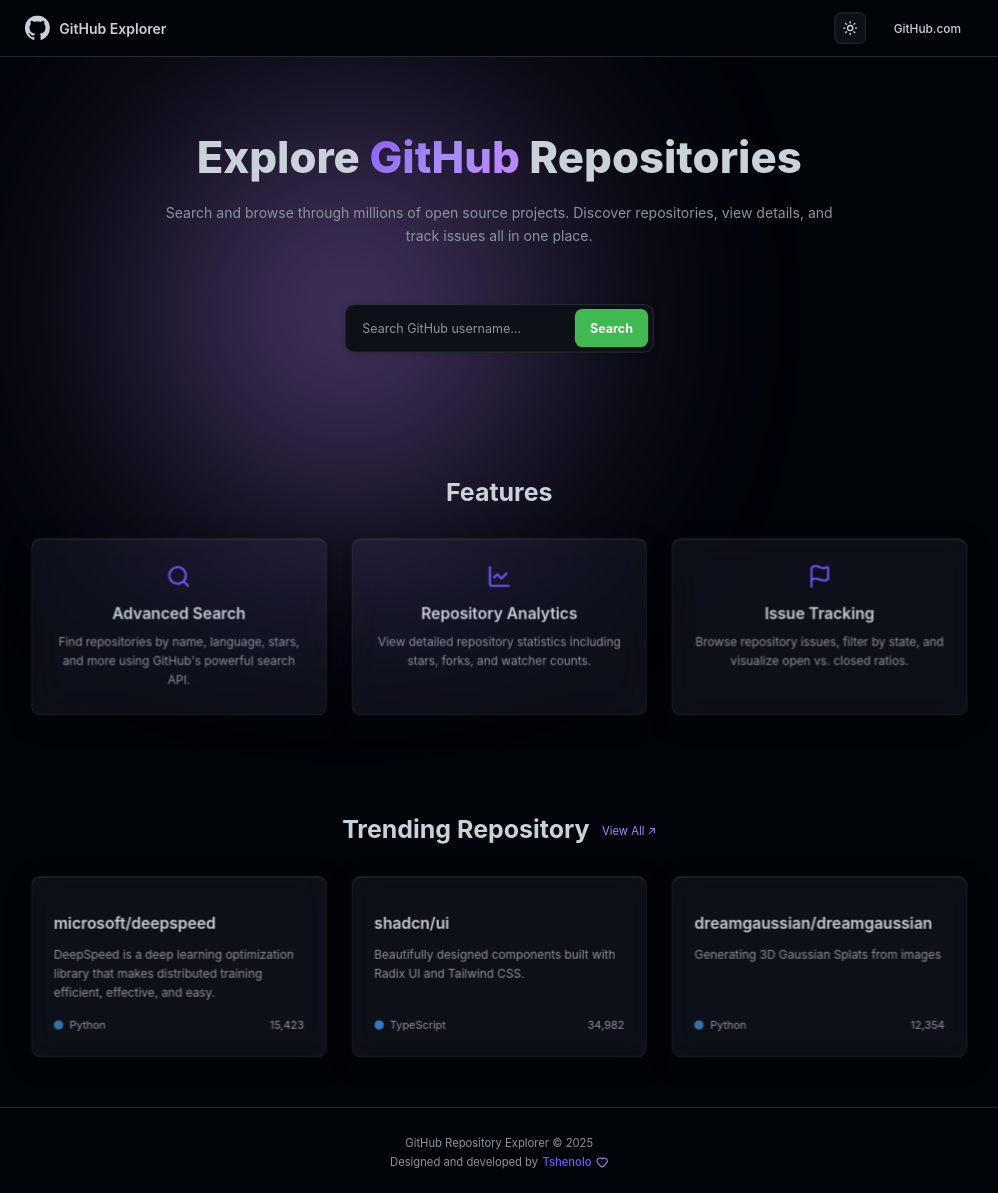
Repository: Tshenolo1994/username-repo
Page: /
An editor plug-in stored every save of this project. The page is shown before and after the next save, followed by the edit.
The browser window is 1280 px wide. The pictures show the whole page, at 78% of full size.
The project was rebuilt for these pictures with package versions that can differ from the ones it lists, and the page was loaded fresh each time. Also part of the build but not shown: vite.config.ts, src/views/RepoView.vue.

Above is the page before, as saved 2025-10-27 11:04:48.

### index.html
<!doctype html>
<html lang="en">
  <head>
    <meta charset="UTF-8" />
    <link rel="icon" type="image/svg+xml" href="/vite.svg" />
    <meta name="viewport" content="width=device-width, initial-scale=1.0" />
    <title>commit-explorer</title>
  </head>
  <body>
    <div id="app"></div>
    <script type="module" src="/src/main.ts"></script>
  </body>
</html>

### src/main.ts
import { createApp } from 'vue'
import { createPinia } from 'pinia'
import App from './App.vue'
import router from './router'
import './styles/theme.css'

createApp(App)
  .use(createPinia())
  .use(router)
  .mount('#app')

### src/App.vue
<!-- App.vue or Layout.vue -->
<script setup>
import Header from '@/components/Header.vue';
import Footer from '@/components/Footer.vue';
</script>

<template>
  <div id="app">
    <Header />
    <main>
      <router-view />
    </main>
    <Footer />
  </div>
</template>

### src/router/index.ts
import { createRouter, createWebHistory } from 'vue-router'
import HomeView from '@/views/HomeView.vue'
import RepoView from '@/views/RepoView.vue'

const router = createRouter({
  history: createWebHistory(),
  routes: [
    { path: '/', name: 'home', component: HomeView },
    { path: '/repos/:username', name: 'repos', component: RepoView, props: true },
  ],
  scrollBehavior: () => ({ top: 0 }),
})

export default router

### src/styles/theme.css
:root {

    --bg: #010409;
    --bg-elev: #0d1117;
    --border: #30363d;
    --text: #c9d1d9;
    --muted: #8b949e;
    --button-bg: #161b22;
    --button-accent: #3fb950;
    --link: #7656FE;
    --error-text: #ff7b72;
    --error-bg: rgba(248, 81, 73, 0.1);
    --empty-state-bg: rgba(13, 17, 23, 0.5);
  }

  html, body, #app {
    margin: 0;
    padding: 0;
    background: var(--bg);
    color: var(--text);
    font-family: 'Inter', system-ui, -apple-system, BlinkMacSystemFont, 'Segoe UI', sans-serif;
    transition: background 0.3s ease, color 0.3s ease;
  }

  * {
    box-sizing: border-box;
  }

  h1, h2, h3, h4, h5, h6 {
    line-height: 1.2;
    margin: 0;
  }

  p {
    margin: 0.25rem 0 0;
  }

  a {
    color: var(--link);
    text-decoration: none;
  }

  button {
    font-family: inherit;
    border: none;
    outline: none;
  }

  input, textarea, select {
    font-family: inherit;
  }

  .card {
    background: var(--bg-elev);
    border: 1px solid var(--border);
    border-radius: 0.75rem;
    padding: 1rem;
    box-shadow: 0 1px 2px rgba(0, 0, 0, 0.15);
  }

### src/components/Footer.vue
<script setup lang="ts">
import { Heart } from 'lucide-vue-next';

const currentYear = new Date().getFullYear();
</script>

<template>
  <footer class="footer">
    <div class="footer-content">
      <p class="footer-text">
        GitHub Repository Explorer © {{ currentYear }}
      </p>
      <p class="footer-credits">
        Designed and developed by <a href="#" class="footer-link">Tshenolo</a>
        <Heart :size="16" class="heart-icon" />
      </p>
    </div>
  </footer>
</template>

<style scoped>
.footer {
  background: var(--bg);
  border-top: 1px solid var(--border);
  padding: 2rem;
  margin-top: auto;
  transition: background 0.3s, border-color 0.3s;
}

.footer-content {
  max-width: 1400px;
  margin: 0 auto;
  text-align: center;
}

.footer-text {
  color: var(--muted);
  font-size: 0.9rem;
  margin-bottom: 0.5rem;
}

.footer-credits {
  color: var(--muted);
  font-size: 0.9rem;
  margin: 0;
  display: flex;
  align-items: center;
  justify-content: center;
  gap: 0.35rem;
}

.heart-icon {
  color: #a78bfa;
  fill: none;
}

.footer-link {
  color: var(--link);
  text-decoration: none;
  font-weight: 500;
  transition: opacity 0.2s;
}

.footer-link:hover {
  opacity: 0.8;
}

@media (max-width: 640px) {
  .footer {
    padding: 1.5rem 1rem;
  }

  .footer-text,
  .footer-credits {
    font-size: 0.85rem;
  }
}
</style>

### src/composables/useTheme.ts
import { ref, onMounted, watch } from 'vue';

export const darkTheme = {
  background: '#010409',
  surface: '#0d1117',
  border: '#30363d',
  text: '#c9d1d9',
  secondaryText: '#8b949e',
  buttonBg: '#161b22',
  buttonAccent: '#3fb950',
  linkColor: '#7656FE',
  errorText: '#ff7b72',
  errorBackground: 'rgba(248, 81, 73, 0.1)',
  emptyStateBackground: 'rgba(13, 17, 23, 0.5)',
};

export const lightTheme = {
  background: '#f6f6f6',
  surface: '#fbfefb',
  border: '#d0d7de',
  text: '#24292f',
  secondaryText: '#57606a',
  buttonBg: '#f6f8fa',
  buttonAccent: '#3fb950',
  linkColor: '#7656FE',
  errorText: '#cf222e',
  errorBackground: 'rgba(248, 81, 73, 0.05)',
  emptyStateBackground: 'rgba(246, 248, 250, 0.5)',
};

type Theme = typeof darkTheme;

const isDark = ref(true);

export function useTheme() {
  const theme = ref<Theme>(darkTheme);

  const applyTheme = (themeObj: Theme) => {
    const root = document.documentElement;
    root.style.setProperty('--bg', themeObj.background);
    root.style.setProperty('--bg-elev', themeObj.surface);
    root.style.setProperty('--border', themeObj.border);
    root.style.setProperty('--text', themeObj.text);
    root.style.setProperty('--muted', themeObj.secondaryText);
    root.style.setProperty('--button-bg', themeObj.buttonBg);
    root.style.setProperty('--button-accent', themeObj.buttonAccent);
    root.style.setProperty('--link', themeObj.linkColor);
    root.style.setProperty('--error-text', themeObj.errorText);
    root.style.setProperty('--error-bg', themeObj.errorBackground);
    root.style.setProperty('--empty-state-bg', themeObj.emptyStateBackground);
  };

  const toggleTheme = () => {
    isDark.value = !isDark.value;
    theme.value = isDark.value ? darkTheme : lightTheme;
    applyTheme(theme.value);
    localStorage.setItem('theme', isDark.value ? 'dark' : 'light');
  };

  const initTheme = () => {
    const savedTheme = localStorage.getItem('theme');
    if (savedTheme) {
      isDark.value = savedTheme == 'dark';
    } else {
      isDark.value = true;
    }
    theme.value = isDark.value ? darkTheme : lightTheme;
    applyTheme(theme.value);
  };

  onMounted(() => {
    initTheme();
  });

  return {
    isDark,
    theme,
    toggleTheme,
  };
}

### src/components/SearchBar.vue
<script setup lang="ts">
import { ref } from "vue"
import { useRouter } from "vue-router"

// router for navigation
const router = useRouter()

// input + error states
const username = ref("")
const validationError = ref("")

// validate and navigate
function searchUser() {
  validationError.value = ""

  const name = username.value.trim()
  const validPattern = /^[a-zA-Z0-9-]+$/

  if (!name) {
    validationError.value = "Please enter a username"
    return
  }

  if (!validPattern.test(name)) {
    validationError.value =
      "Username can only contain letters, numbers, and hyphens"
    return
  }

  // navigate to /repos/:username
  router.push({ name: "repos", params: { username: name } })

  // reset field (optional)
  username.value = ""
}
</script>

<template>
  <div class="search">
    <form @submit.prevent="searchUser" class="search__form">
      <input
        v-model="username"
        type="text"
        placeholder="Search GitHub username…"
        class="search__input"
        aria-label="GitHub username"
      />
      <button type="submit" class="search__btn">Search</button>
    </form>

    <p v-if="validationError" class="search__error">{{ validationError }}</p>
  </div>
</template>

<style scoped>
.search {
  width: 100%;
  display: flex;
  justify-content: center;
  padding: 0 1rem;
  margin: 2rem 0;
}

.search__form {
  display: flex;
  align-items: center;
  gap: 0.5rem;
  width: min(100%, 720px);
  background: var(--bg-elev);
  border: 1px solid var(--border);
  border-radius: 0.75rem;
  padding: 0.35rem;
  box-shadow: 0 2px 10px rgba(0, 0, 0, 0.18);
}

.search__input {
  flex: 1;
  background: transparent;
  border: none;
  color: var(--text);
  font-size: 1rem;
  padding: 0.9rem 1rem;
  border-radius: 0.6rem;
  outline: none;
}

.search__input::placeholder {
  color: var(--muted);
}

.search__input:focus {
  box-shadow: inset 0 0 0 1px var(--border);
}

.search__btn {
  background: var(--button-accent);
  color: #fff;
  padding: 0.9rem 1.25rem;
  font-weight: 700;
  border-radius: 0.6rem;
  font-size: 1rem;
  border: none;
  cursor: pointer;
  transition: filter 0.15s ease;
}

.search__btn:hover {
  filter: brightness(0.95);
}

.search__error {
  color: var(--error-text);
  background: var(--error-bg);
  padding: 0.55rem 0.8rem;
  border-radius: 0.6rem;
  font-size: 0.9rem;
  margin-top: 0.6rem;
  width: min(100%, 720px);
  text-align: center;
}

@media (max-width: 640px) {
  .search__form {
    flex-direction: column;
    align-items: stretch;
    padding: 0.5rem;
  }

  .search__btn {
    width: 100%;
    min-width: 0;
  }
}
</style>

Loaded but not shown: src/views/HomeView.vue (463 lines, source omitted); src/components/Header.vue (123 lines, source omitted)

After the next save:
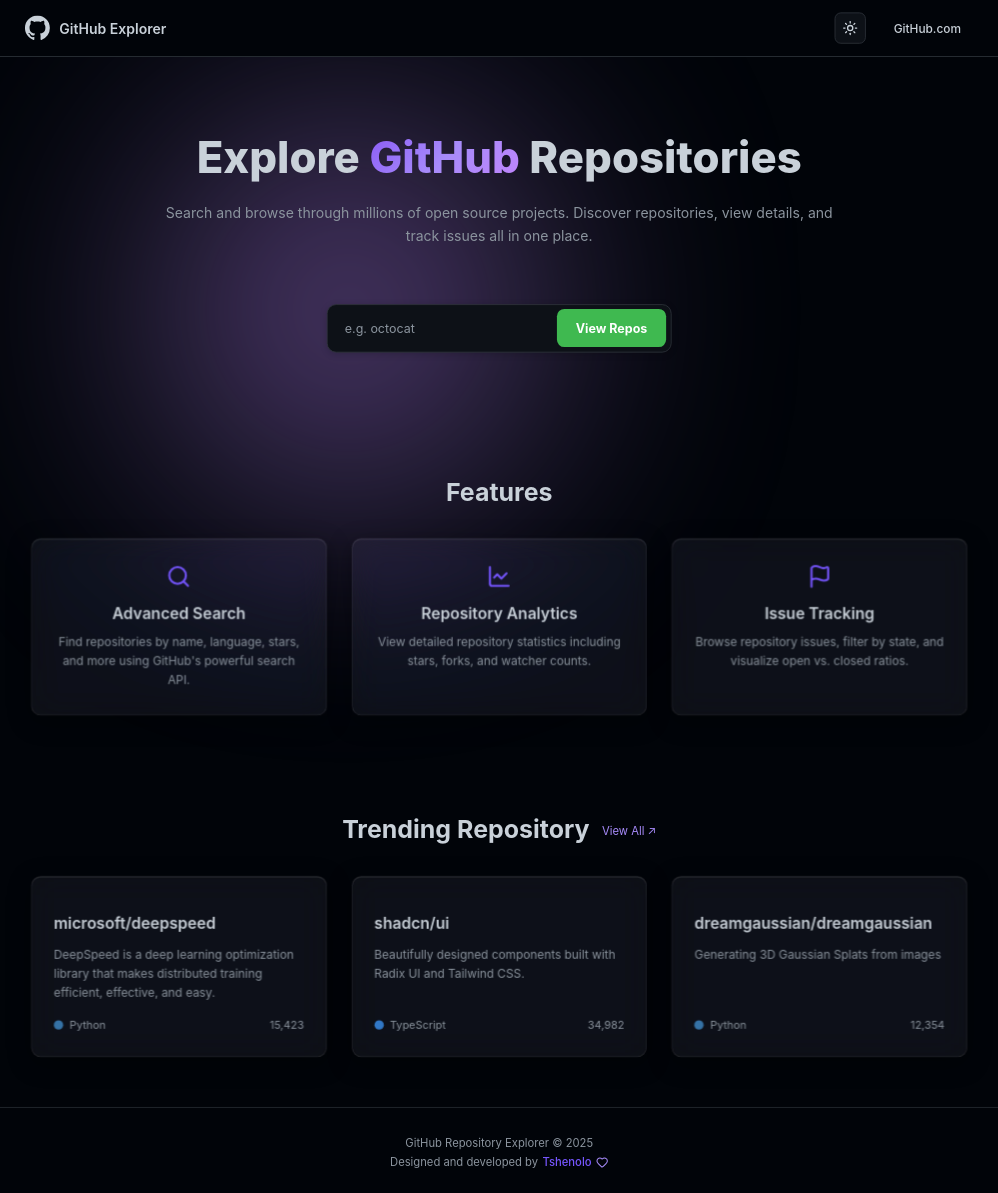
Saved 111 s later.
--- a/src/components/SearchBar.vue
+++ b/src/components/SearchBar.vue
@@ -2,133 +2,66 @@
 import { ref } from "vue"
 import { useRouter } from "vue-router"
 
-// router for navigation
 const router = useRouter()
+const username = ref("")
+const error = ref("")
 
-// input + error states
-const username = ref("")
-const validationError = ref("")
-
-// validate and navigate
-function searchUser() {
-  validationError.value = ""
-
-  const name = username.value.trim()
-  const validPattern = /^[a-zA-Z0-9-]+$/
-
-  if (!name) {
-    validationError.value = "Please enter a username"
+function onSubmit() {
+  error.value = ""
+  const u = username.value.trim()
+  if (!u) { error.value = "Please enter a username"; return }
+  if (!/^[a-zA-Z0-9-]+$/.test(u)) {
+    error.value = "Username can only contain letters, numbers, and hyphens"
     return
   }
-
-  if (!validPattern.test(name)) {
-    validationError.value =
-      "Username can only contain letters, numbers, and hyphens"
-    return
-  }
-
-  // navigate to /repos/:username
-  router.push({ name: "repos", params: { username: name } })
-
-  // reset field (optional)
-  username.value = ""
+  router.push({ name: "repos", params: { username: u } })
+  username.value = ""    // optional reset
 }
 </script>
 
 <template>
   <div class="search">
-    <form @submit.prevent="searchUser" class="search__form">
+    <form class="search__form" @submit.prevent="onSubmit" role="search" aria-label="GitHub username">
       <input
         v-model="username"
-        type="text"
-        placeholder="Search GitHub username…"
         class="search__input"
-        aria-label="GitHub username"
+        placeholder="e.g. octocat"
+        autocomplete="off"
+        spellcheck="false"
+        aria-invalid="false"
       />
-      <button type="submit" class="search__btn">Search</button>
+      <button type="submit" class="search__btn">View Repos</button>
     </form>
-
-    <p v-if="validationError" class="search__error">{{ validationError }}</p>
+    <p v-if="error" class="search__error">{{ error }}</p>
   </div>
 </template>
 
 <style scoped>
-.search {
-  width: 100%;
-  display: flex;
-  justify-content: center;
-  padding: 0 1rem;
-  margin: 2rem 0;
+.search { width: 100%; display:flex; justify-content:center; padding:0 1rem; margin:2rem 0; }
+.search__form {
+  display:flex; align-items:center; gap:.5rem; width:min(100%, 720px);
+  background: var(--bg-elev); border:1px solid var(--border);
+  border-radius:.75rem; padding:.35rem; box-shadow:0 2px 10px rgba(0,0,0,.18);
 }
-
-.search__form {
-  display: flex;
-  align-items: center;
-  gap: 0.5rem;
-  width: min(100%, 720px);
-  background: var(--bg-elev);
-  border: 1px solid var(--border);
-  border-radius: 0.75rem;
-  padding: 0.35rem;
-  box-shadow: 0 2px 10px rgba(0, 0, 0, 0.18);
+.search__input {
+  flex:1; min-width:0; background:transparent; border:none; color:var(--text);
+  font-size:1rem; padding:.9rem 1rem; border-radius:.6rem; outline:none;
 }
-
-.search__input {
-  flex: 1;
-  background: transparent;
-  border: none;
-  color: var(--text);
-  font-size: 1rem;
-  padding: 0.9rem 1rem;
-  border-radius: 0.6rem;
-  outline: none;
+.search__input::placeholder { color: var(--muted); }
+.search__input:focus { box-shadow: inset 0 0 0 1px var(--border); }
+.search__btn {
+  flex:0 0 auto; min-width:140px; background: var(--button-accent);
+  color:#fff; padding:.9rem 1.1rem; font-weight:700; border-radius:.6rem;
+  font-size:1rem; border:none; cursor:pointer; transition:filter .15s ease;
 }
-
-.search__input::placeholder {
-  color: var(--muted);
+.search__btn:hover { filter: brightness(.95); }
+.search__error {
+  color: var(--error-text); background: var(--error-bg);
+  padding:.55rem .8rem; border-radius:.6rem; font-size:.9rem; margin-top:.6rem;
+  width:min(100%, 720px); text-align:center;
 }
-
-.search__input:focus {
-  box-shadow: inset 0 0 0 1px var(--border);
-}
-
-.search__btn {
-  background: var(--button-accent);
-  color: #fff;
-  padding: 0.9rem 1.25rem;
-  font-weight: 700;
-  border-radius: 0.6rem;
-  font-size: 1rem;
-  border: none;
-  cursor: pointer;
-  transition: filter 0.15s ease;
-}
-
-.search__btn:hover {
-  filter: brightness(0.95);
-}
-
-.search__error {
-  color: var(--error-text);
-  background: var(--error-bg);
-  padding: 0.55rem 0.8rem;
-  border-radius: 0.6rem;
-  font-size: 0.9rem;
-  margin-top: 0.6rem;
-  width: min(100%, 720px);
-  text-align: center;
-}
-
-@media (max-width: 640px) {
-  .search__form {
-    flex-direction: column;
-    align-items: stretch;
-    padding: 0.5rem;
-  }
-
-  .search__btn {
-    width: 100%;
-    min-width: 0;
-  }
+@media (max-width:640px){
+  .search__form { flex-direction:column; align-items:stretch; padding:.5rem; }
+  .search__btn { width:100%; min-width:0; }
 }
 </style>

After the save that followed:
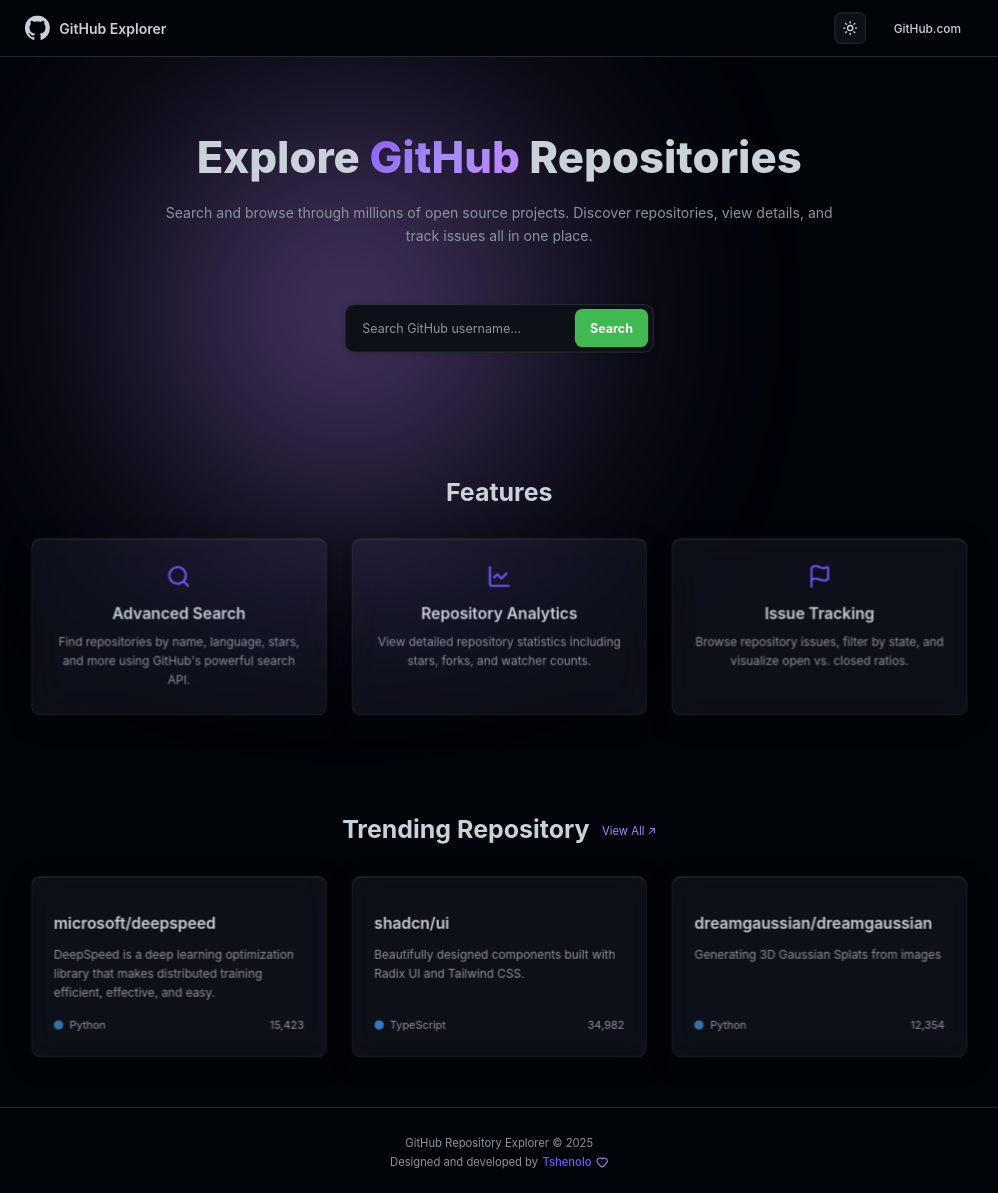
Saved 10 s later.
--- a/src/components/SearchBar.vue
+++ b/src/components/SearchBar.vue
@@ -2,66 +2,133 @@
 import { ref } from "vue"
 import { useRouter } from "vue-router"
 
+// router for navigation
 const router = useRouter()
+
+// input + error states
 const username = ref("")
-const error = ref("")
+const validationError = ref("")
 
-function onSubmit() {
-  error.value = ""
-  const u = username.value.trim()
-  if (!u) { error.value = "Please enter a username"; return }
-  if (!/^[a-zA-Z0-9-]+$/.test(u)) {
-    error.value = "Username can only contain letters, numbers, and hyphens"
+// validate and navigate
+function searchUser() {
+  validationError.value = ""
+
+  const name = username.value.trim()
+  const validPattern = /^[a-zA-Z0-9-]+$/
+
+  if (!name) {
+    validationError.value = "Please enter a username"
     return
   }
-  router.push({ name: "repos", params: { username: u } })
-  username.value = ""    // optional reset
+
+  if (!validPattern.test(name)) {
+    validationError.value =
+      "Username can only contain letters, numbers, and hyphens"
+    return
+  }
+
+  // navigate to /repos/:username
+  router.push({ name: "repos", params: { username: name } })
+
+  // reset field (optional)
+  username.value = ""
 }
 </script>
 
 <template>
   <div class="search">
-    <form class="search__form" @submit.prevent="onSubmit" role="search" aria-label="GitHub username">
+    <form @submit.prevent="searchUser" class="search__form">
       <input
         v-model="username"
+        type="text"
+        placeholder="Search GitHub username…"
         class="search__input"
-        placeholder="e.g. octocat"
-        autocomplete="off"
-        spellcheck="false"
-        aria-invalid="false"
+        aria-label="GitHub username"
       />
-      <button type="submit" class="search__btn">View Repos</button>
+      <button type="submit" class="search__btn">Search</button>
     </form>
-    <p v-if="error" class="search__error">{{ error }}</p>
+
+    <p v-if="validationError" class="search__error">{{ validationError }}</p>
   </div>
 </template>
 
 <style scoped>
-.search { width: 100%; display:flex; justify-content:center; padding:0 1rem; margin:2rem 0; }
+.search {
+  width: 100%;
+  display: flex;
+  justify-content: center;
+  padding: 0 1rem;
+  margin: 2rem 0;
+}
+
 .search__form {
-  display:flex; align-items:center; gap:.5rem; width:min(100%, 720px);
-  background: var(--bg-elev); border:1px solid var(--border);
-  border-radius:.75rem; padding:.35rem; box-shadow:0 2px 10px rgba(0,0,0,.18);
+  display: flex;
+  align-items: center;
+  gap: 0.5rem;
+  width: min(100%, 720px);
+  background: var(--bg-elev);
+  border: 1px solid var(--border);
+  border-radius: 0.75rem;
+  padding: 0.35rem;
+  box-shadow: 0 2px 10px rgba(0, 0, 0, 0.18);
 }
+
 .search__input {
-  flex:1; min-width:0; background:transparent; border:none; color:var(--text);
-  font-size:1rem; padding:.9rem 1rem; border-radius:.6rem; outline:none;
+  flex: 1;
+  background: transparent;
+  border: none;
+  color: var(--text);
+  font-size: 1rem;
+  padding: 0.9rem 1rem;
+  border-radius: 0.6rem;
+  outline: none;
 }
-.search__input::placeholder { color: var(--muted); }
-.search__input:focus { box-shadow: inset 0 0 0 1px var(--border); }
+
+.search__input::placeholder {
+  color: var(--muted);
+}
+
+.search__input:focus {
+  box-shadow: inset 0 0 0 1px var(--border);
+}
+
 .search__btn {
-  flex:0 0 auto; min-width:140px; background: var(--button-accent);
-  color:#fff; padding:.9rem 1.1rem; font-weight:700; border-radius:.6rem;
-  font-size:1rem; border:none; cursor:pointer; transition:filter .15s ease;
+  background: var(--button-accent);
+  color: #fff;
+  padding: 0.9rem 1.25rem;
+  font-weight: 700;
+  border-radius: 0.6rem;
+  font-size: 1rem;
+  border: none;
+  cursor: pointer;
+  transition: filter 0.15s ease;
 }
-.search__btn:hover { filter: brightness(.95); }
+
+.search__btn:hover {
+  filter: brightness(0.95);
+}
+
 .search__error {
-  color: var(--error-text); background: var(--error-bg);
-  padding:.55rem .8rem; border-radius:.6rem; font-size:.9rem; margin-top:.6rem;
-  width:min(100%, 720px); text-align:center;
+  color: var(--error-text);
+  background: var(--error-bg);
+  padding: 0.55rem 0.8rem;
+  border-radius: 0.6rem;
+  font-size: 0.9rem;
+  margin-top: 0.6rem;
+  width: min(100%, 720px);
+  text-align: center;
 }
-@media (max-width:640px){
-  .search__form { flex-direction:column; align-items:stretch; padding:.5rem; }
-  .search__btn { width:100%; min-width:0; }
+
+@media (max-width: 640px) {
+  .search__form {
+    flex-direction: column;
+    align-items: stretch;
+    padding: 0.5rem;
+  }
+
+  .search__btn {
+    width: 100%;
+    min-width: 0;
+  }
 }
 </style>
